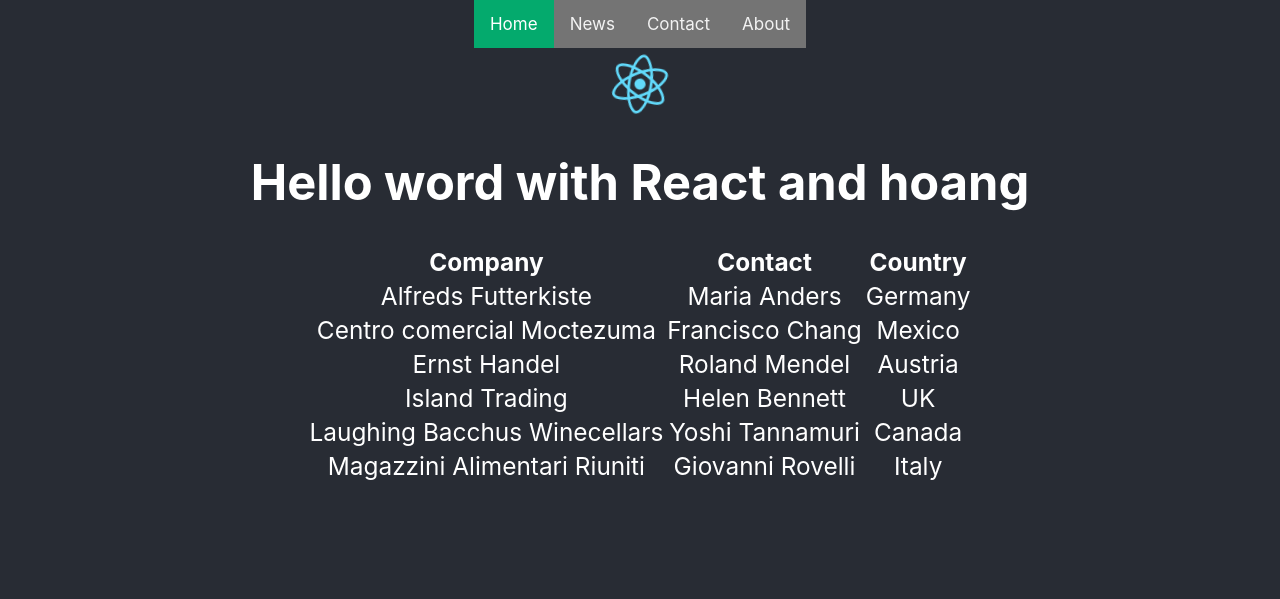
Repository: hoang0508/ReactJsHookBasic
Page: /
An editor plug-in stored every save of this project. The page is shown before and after the next save, followed by the edit.
The browser window is 1280 px wide. The pictures show the whole page.
The project was rebuilt for these pictures with package versions that can differ from the ones it lists, and the page was loaded fresh each time. Also part of the build but not shown: src/views/Todo.js.

Above is the page before, as saved 2021-11-11 22:30:42.

### src/App.js
import logo from "./logo.svg";
import "./App.css";
import Nav from "./views/Nav";
import { useState, useEffect } from "react";
import Todo from "./views/Todo";
// template + logic
// JSX
// babel
function App() {
  // state
  // let name = "Hoang";
  // useState (hook)
  let [name, setName] = useState("hoang");
  const [address, setAddress] = useState("");
  const [todos, setTodos] = useState([
    { id: "todo1", title: "My school EPU", type: "hoang" },
    { id: "todo2", title: "Doing homework", type: "huy" },
  ]);

  // didmount
  useEffect(() => {
    console.log("run use effect");
  }, [address]);

  useEffect(() => {
    console.log("run use effect todo");
  }, [todos]);

  const handleEventClick = (event) => {
    // setName(address); // setName re render
    // console.log("click me", name);
    // hook not merge state
    if (!address) {
      alert("empty input");
      return;
    }
    let newTodo = {
      id: Math.floor(Math.random() * 1000),
      title: address,
      type: "hoang",
    };
    setTodos([...todos, newTodo]); // spread
    setAddress("");
  };
  const handleOnchangeInput = (event) => {
    setAddress(event.target.value);
    // console.log(event.target.value);
  };
  const deleteDataTodo = (id) => {
    let currentTodos = todos;
    currentTodos = currentTodos.filter((item) => item.id !== id);
    setTodos(currentTodos);
  };
  return (
    <div className="App">
      <header className="App-header">
        <Nav />
        <img src={logo} className="App-logo" alt="logo" />
        <h1>Hello word with React and {name}</h1>
        <table>
          <tr>
            <th>Company</th>
            <th>Contact</th>
            <th>Country</th>
          </tr>
          <tr>
            <td>Alfreds Futterkiste</td>
            <td>Maria Anders</td>
            <td>Germany</td>
          </tr>
          <tr>
            <td>Centro comercial Moctezuma</td>
            <td>Francisco Chang</td>
            <td>Mexico</td>
          </tr>
          <tr>
            <td>Ernst Handel</td>
            <td>Roland Mendel</td>
            <td>Austria</td>
          </tr>
          <tr>
            <td>Island Trading</td>
            <td>Helen Bennett</td>
            <td>UK</td>
          </tr>
          <tr>
            <td>Laughing Bacchus Winecellars</td>
            <td>Yoshi Tannamuri</td>
            <td>Canada</td>
          </tr>
          <tr>
            <td>Magazzini Alimentari Riuniti</td>
            <td>Giovanni Rovelli</td>
            <td>Italy</td>
          </tr>
        </table>
        {/* <Todo
          todos={todos}
          title={"All todos"}
          deleteDataTodo={deleteDataTodo}
        />
        <Todo
          todos={todos.filter((item) => item.type === "hoang")}
          title={"Hoang's todo"}
          deleteDataTodo={deleteDataTodo}
        />
        <input
          type="text"
          value={address}
          onChange={(event) => handleOnchangeInput(event)}
        />
        <button type="button" onClick={(event) => handleEventClick(event)}>
          Click me
        </button> */}
      </header>
    </div>
  );
}

export default App;

### src/App.css
.App {
  text-align: center;
}

.App-logo {
  height: 10vmin;
  pointer-events: none;
}

@media (prefers-reduced-motion: no-preference) {
  .App-logo {
    animation: App-logo-spin infinite 20s linear;
  }
}

.App-header {
  background-color: #282c34;
  min-height: 100vh;
  display: flex;
  flex-direction: column;
  align-items: center;
  /* justify-content: center; */
  font-size: calc(10px + 2vmin);
  color: white;
}

.App-link {
  color: #61dafb;
}

@keyframes App-logo-spin {
  from {
    transform: rotate(0deg);
  }
  to {
    transform: rotate(360deg);
  }
}

### src/views/Nav.js
import "./Nav.scss";
const Nav = () => {
  return (
    <div className="topnav">
      <a className="active" href="#home">
        Home
      </a>
      <a href="#news">News</a>
      <a href="#contact">Contact</a>
      <a href="#about">About</a>
    </div>
  );
};

export default Nav;

### src/views/Nav.scss
.topnav {
  overflow: hidden;
  background-color: #747474;
  a {
    float: left;
    color: #f2f2f2;
    text-align: center;
    padding: 14px 16px;
    text-decoration: none;
    font-size: 17px;
  }
  a:hover {
    background-color: #ddd;
    color: black;
  }
  a.active {
    background-color: #04aa6d;
    color: white;
  }
}

Loaded but not shown: public/index.html (common file); src/index.js (common file); src/index.css (common file); src/reportWebVitals.js (common file)

After the next save:
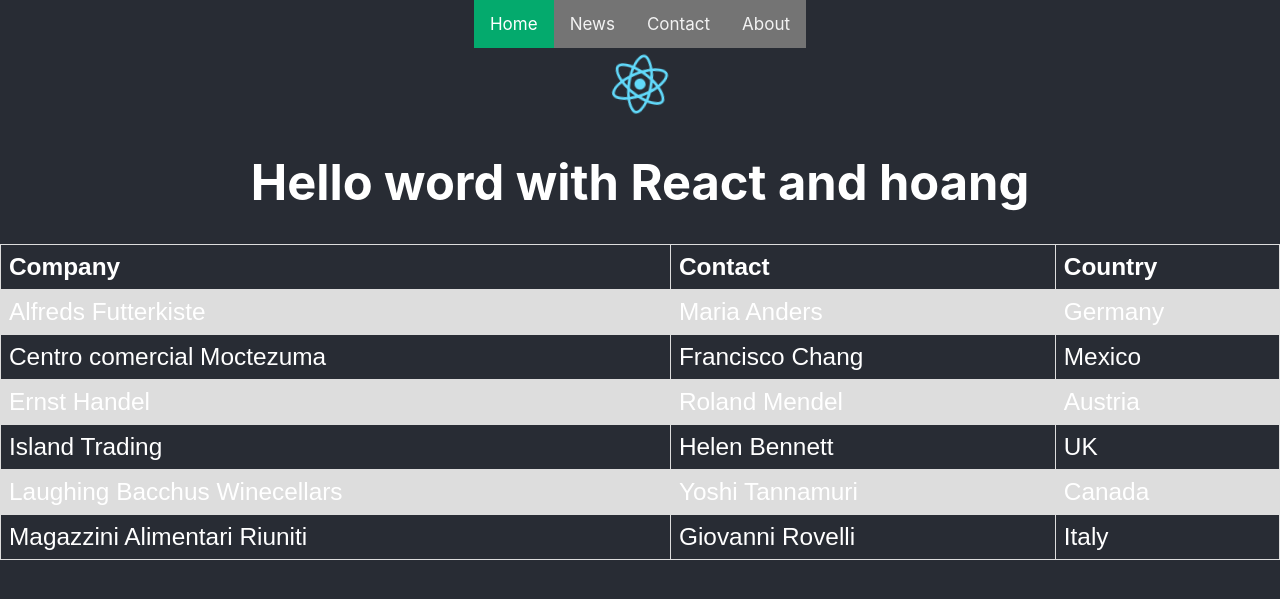
Saved 65 s later.
--- a/src/App.css
+++ b/src/App.css
@@ -36,3 +36,20 @@
     transform: rotate(360deg);
   }
 }
+
+table {
+  font-family: arial, sans-serif;
+  border-collapse: collapse;
+  width: 100%;
+}
+
+td,
+th {
+  border: 1px solid #dddddd;
+  text-align: left;
+  padding: 8px;
+}
+
+tr:nth-child(even) {
+  background-color: #dddddd;
+}
